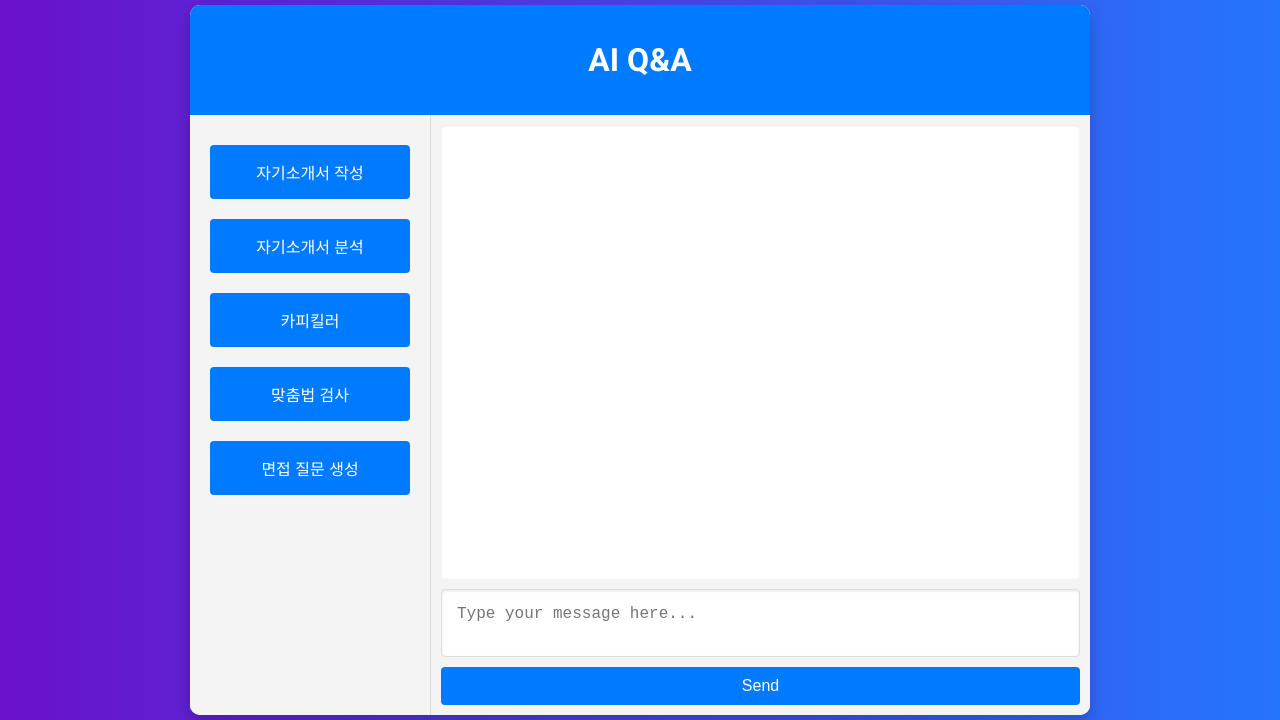
Repository: Choi9912/Flask_IntroduceGPT
Page: http://localhost/
These files come from the project's save history. The page is drawn as it stood at one moment and after the next save; the edit follows.
The browser window is 1280 px wide. The pictures show the whole page.
The page is served by the project's application, run on Flask 3 (app.py).

Above is the page before, as saved 2024-07-30 18:55:29.

### templates/index.html
<!doctype html>
<html lang="en">
<head>
    <meta charset="UTF-8">
    <title>AI Q&A</title>
    <link rel="stylesheet" href="{{ url_for('static', filename='style.css') }}">
    <link href="https://fonts.googleapis.com/css2?family=Roboto:wght@400;500;700&display=swap" rel="stylesheet">
    <meta name="viewport" content="width=device-width, initial-scale=1.0">
</head>
<body>
    <div class="app-container">
        <div class="header">
            <h1>AI Q&A</h1>
        </div>
        <div class="main-content">
            <div class="sidebar">
                <button class="sidebar-btn" id="sendBtn">자기소개서 작성</button>
                <button class="sidebar-btn" id="analyzeBtn">자기소개서 분석</button>
                <button class="sidebar-btn" id="plagiarismBtn">카피킬러</button>
                <button class="sidebar-btn" id="spellCheckBtn">맞춤법 검사</button>
                <button class="sidebar-btn" id="interviewQuestionsBtn">면접 질문 생성</button>
            </div>
            <div class="chat-container">
                <div id="chat-box"></div>
                <textarea id="inputArea" placeholder="Type your message here..." spellcheck="false"></textarea>
                <button class="submit-btn" id="actionBtn">Send</button>
            </div>
        </div>
    </div>
    <script src="{{ url_for('static', filename='script.js') }}"></script>
</body>
</html>

### app.py
from flask import Flask, request, jsonify, render_template
import requests
import logging
import os

from dotenv import load_dotenv

load_dotenv()
API_URL = os.getenv('API_URL')
# Configure logging
logging.basicConfig(level=logging.DEBUG)

app = Flask(__name__)

class SelfIntroductionAnalyzer:
    def __init__(self, api_url):
        self.api_url = api_url

    def analyze(self, introduction, method):
        if method == 'iterative_refinement':
            return self.iterative_refinement(introduction)
        elif method == 'step_by_step':
            return self.step_by_step(introduction)
        elif method == 'few_shot':
            return self.few_shot(introduction)
        elif method == 'constraint_setting':
            return self.constraint_setting(introduction)
        else:
            return 'Error: Invalid method'

    def iterative_refinement(self, introduction):
        return self.send_request(self.create_messages(introduction))

    def step_by_step(self, introduction):
        steps = [
            "단계 1: 자기소개서를 분석합니다.",
            "단계 2: 주요 포인트와 주제를 식별합니다.",
            "단계 3: 구조와 일관성을 평가합니다."
        ]
        messages = self.create_messages(introduction, " ".join(steps))
        return self.send_request(messages)

    def few_shot(self, introduction):
        examples = [
            {"role": "user", "content": "자기소개서의 강점을 분석해주세요.", "role": "assistant", "content": "자기소개서의 강점은 명확한 목표 설정과 구체적인 경험 사례입니다."},
            {"role": "user", "content": "자기소개서에서 개선할 점을 알려주세요.", "role": "assistant", "content": "자기소개서의 개선할 점은 내용의 일관성과 논리적 흐름입니다."}
        ]
        messages = self.create_messages(introduction, examples=examples)
        return self.send_request(messages)

    def constraint_setting(self, introduction):
        constraints = "최대한 자세하게 알려주세요."
        messages = self.create_messages(introduction, constraints)
        return self.send_request(messages)

    def create_messages(self, introduction, additional_content="", examples=None):
        messages = [
            {"role": "system", "content": "당신은 자기소개서를 분석하는 AI입니다."},
            {"role": "user", "content": f"다음 자기소개서를 분석해주세요: {introduction} {additional_content}"}
        ]
        if examples:
            messages = [{"role": ex["role"], "content": ex["content"]} for ex in examples] + messages
        return messages

    def send_request(self, messages):
        try:
            response = requests.post(self.api_url, json=messages)
            response.raise_for_status()
            return response.json().get('choices')[0]['message']['content']

        except requests.RequestException as e:
            logging.error(f"Error in SelfIntroductionAnalyzer: {e}")
            return 'Error: Unable to get a response from the API'


class SelfIntroductionWriter:
    def __init__(self, api_url):
        self.api_url = api_url

    def write(self, prompt, method):
        if method == 'iterative_refinement':
            return self.iterative_refinement(prompt)
        elif method == 'step_by_step':
            return self.step_by_step(prompt)
        elif method == 'few_shot':
            return self.few_shot(prompt)
        elif method == 'constraint_setting':
            return self.constraint_setting(prompt)
        else:
            return 'Error: Invalid method'

    def iterative_refinement(self, prompt):
        return self.send_request(self.create_messages(prompt))

    def step_by_step(self, prompt):
        steps = [
            "단계 1. 소제목을 넣자: 자기소개서에 소제목을 추가합니다.",
            "단계 2. 두괄식으로 작성하자: 결론부터 말하고 자세한 내용을 덧붙입니다.",
            "단계 3. 문장을 간결하게, 문단을 나눠서 쓰자: 간결하고 명확한 문장을 사용하고, 적절한 문단 나누기로 가독성을 높입니다."
   ]
        messages = self.create_messages(prompt, " ".join(steps))
        return self.send_request(messages)

    def few_shot(self, prompt):
        examples = [
            {
                "role": "user",
                "content": "자기소개서를 작성해주세요.",
                "role": "assistant",
                "content": (
                    "① 경력 소개: 저는 열정적이고 성실한 사람입니다. "
                    "② 성장 과정: 다양한 경험을 통해 성장했습니다. "
                    "③ 결론: 저의 협력과 도전정신을 바탕으로 회사에 기여하고 싶습니다."
                )
            },
            {
                "role": "user",
                "content": "자기소개서의 핵심을 작성해주세요.",
                "role": "assistant",
                "content": (
                    "- 소개: 저는 협력과 도전정신을 중요시합니다. "
                    "- 경험: 항상 새로운 것을 배우고자 합니다. "
                    "- 목표: 이러한 태도로 귀사에 큰 기여를 하고 싶습니다."
                )
            }
        ]
        messages = self.create_messages(prompt, examples=examples)
        return self.send_request(messages)

    def constraint_setting(self, prompt):
        constraints = "소제목을 포함하고, 두괄식으로 작성하며, 문장을 간결하게 쓰고, 문단을 나누어 주세요."
        messages = self.create_messages(prompt, constraints)
        return self.send_request(messages)

    def create_messages(self, prompt, additional_content="", examples=None):
        messages = [
            {"role": "system", "content": "당신은 자기소개서를 작성하는 AI입니다."},
            {"role": "user", "content": f"다음 프롬프트로 자기소개서를 작성해주세요: {prompt} {additional_content}"}
        ]
        if examples:
            messages = [{"role": ex["role"], "content": ex["content"]} for ex in examples] + messages
        return messages

    def send_request(self, messages):
        try:
            response = requests.post(self.api_url, json=messages)
            response.raise_for_status()
            return response.json().get('choices')[0]['message']['content']

        except requests.RequestException as e:
            logging.error(f"Error in SelfIntroductionWriter: {e}")
            return 'Error: Unable to get a response from the API'



class PlagiarismDetector:
    def __init__(self, api_url):
        self.api_url = api_url

    def check_plagiarism(self, text, method):
        if method == 'iterative_refinement':
            return self.iterative_refinement(text)
        elif method == 'step_by_step':
            return self.step_by_step(text)
        elif method == 'few_shot':
            return self.few_shot(text)
        elif method == 'constraint_setting':
            return self.constraint_setting(text)
        else:
            return 'Error: Invalid method'

    def iterative_refinement(self, text):
        return self.send_request(self.create_messages(text))

    def step_by_step(self, text):
        steps = [
            "단계 1: 텍스트를 분석합니다.",
            "단계 2: 주요 포인트와 주제를 식별합니다.",
            "단계 3: 문장 구조와 단어 선택을 평가합니다.",
            "단계 4: 아이디어의 독창성을 평가합니다.",
            "단계 5: 다른 출처와의 유사성을 평가합니다."
        ]
        messages = self.create_messages(text, " ".join(steps))
        return self.send_request(messages)

    def few_shot(self, text):
        examples = [
            {"role": "user", "content": "다음 텍스트의 표절 여부를 검사해주세요.", "role": "assistant", "content": "이 텍스트는 다음 알려진 텍스트와 유사합니다: [알려진 텍스트]."},
            {"role": "user", "content": "이 텍스트는 표절인가요?", "role": "assistant", "content": "이 텍스트는 [알려진 텍스트]와 유사하므로 표절로 간주됩니다."}
        ]
        messages = self.create_messages(text, examples=examples)
        return self.send_request(messages)

    def constraint_setting(self, text):
        constraints = "텍스트의 모든 부분을 꼼꼼히 검사하고, 문장 구조, 단어 선택, 아이디어의 독창성을 고려하여 다른 출처와의 유사성을 평가해주세요."
        messages = self.create_messages(text, constraints)
        return self.send_request(messages)

    def create_messages(self, text, additional_content="", examples=None):
        messages = [
            {"role": "system", "content": "당신은 텍스트를 분석하여 표절 여부를 판단하는 AI입니다."},
            {"role": "user", "content": f"다음 텍스트의 표절 여부를 검사해주세요: {text} {additional_content}"}
        ]
        if examples:
            messages = [{"role": ex["role"], "content": ex["content"]} for ex in examples] + messages
        return messages

    def send_request(self, messages):
        try:
            response = requests.post(self.api_url, json=messages)
            response.raise_for_status()
            return response.json().get('choices')[0]['message']['content']

        except requests.RequestException as e:
            logging.error(f"Error in PlagiarismDetector: {e}")
            return 'Error: Unable to get a response from the API'



class SpellChecker:
    def __init__(self, api_url):
        self.api_url = api_url

    def check(self, text, method):
        if method == 'iterative_refinement':
            return self.iterative_refinement(text)
        elif method == 'step_by_step':
            return self.step_by_step(text)
        elif method == 'few_shot':
            return self.few_shot(text)
        elif method == 'constraint_setting':
            return self.constraint_setting(text)
        else:
            return 'Error: Invalid method'

    def iterative_refinement(self, text):
        return self.send_request(self.create_messages(text))

    def step_by_step(self, text):
        steps = [
            "단계 1: 텍스트를 분석합니다.",
            "단계 2: 철자 오류를 식별합니다.",
            "단계 3: 문법 오류를 식별합니다.",
            "단계 4: 문장 구조를 평가합니다.",
            "단계 5: 전체 텍스트의 일관성을 평가합니다."
        ]
        messages = self.create_messages(text, " ".join(steps))
        return self.send_request(messages)

    def few_shot(self, text):
        examples = [
            {"role": "user", "content": "다음 텍스트의 맞춤법을 검사해주세요.", "role": "assistant", "content": "이 텍스트에는 다음과 같은 철자 오류가 있습니다: [오류 예시]."},
            {"role": "user", "content": "이 텍스트의 문법 오류를 수정해주세요.", "role": "assistant", "content": "이 텍스트에는 다음과 같은 문법 오류가 있습니다: [오류 예시]."}
        ]
        messages = self.create_messages(text, examples=examples)
        return self.send_request(messages)

    def constraint_setting(self, text):
        constraints = "텍스트의 철자와 문법을 철저히 검사하고, 문장 구조와 일관성을 고려하여 전체 텍스트를 평가해주세요."
        messages = self.create_messages(text, constraints)
        return self.send_request(messages)

    def create_messages(self, text):
        return [
            {"role": "system", "content": "당신은 맞춤법 검사 AI입니다."},
            {"role": "user", "content": f"다음 글의 맞춤법을 확인해주세요: {text}"}
        ]

    def send_request(self, messages):
        try:
            response = requests.post(self.api_url, json=messages)
            response.raise_for_status()
            return response.json().get('choices')[0]['message']['content']
        except requests.RequestException as e:
            logging.error(f"Error in SpellChecker: {e}")
            return 'Error: Unable to get a response from the API'
class InterviewQuestionGenerator:
    def __init__(self, api_url):
        self.api_url = api_url

    def generate_questions(self, job_description, method):
        if method == 'iterative_refinement':
            return self.iterative_refinement(job_description)
        elif method == 'step_by_step':
            return self.step_by_step(job_description)
        elif method == 'few_shot':
            return self.few_shot(job_description)
        elif method == 'constraint_setting':
            return self.constraint_setting(job_description)
        else:
            return 'Error: Invalid method'

    def iterative_refinement(self, job_description):
        return self.send_request(self.create_messages(job_description))

    def step_by_step(self, job_description):
        steps = [
            "단계 1: 채용정보를 분석합니다.",
            "단계 2: 주요 요구사항과 필수 스킬을 식별합니다.",
            "단계 3: 이에 맞는 면접 질문을 생성합니다."
        ]
        messages = self.create_messages(job_description, " ".join(steps))
        return self.send_request(messages)

    def few_shot(self, job_description):
        examples = [
            {"role": "user", "content": "다음 채용정보에 맞는 면접 질문을 생성해주세요.", "role": "assistant", "content": "채용정보에 따르면 주요 요구사항은 [요구사항]입니다. 이에 대한 질문으로는 [질문 예시]가 있습니다."}
        ]
        messages = self.create_messages(job_description, examples=examples)
        return self.send_request(messages)

    def constraint_setting(self, job_description):
        constraints = "채용정보에 명시된 요구사항과 필수 스킬을 기반으로 면접 질문을 생성해주세요."
        messages = self.create_messages(job_description, constraints)
        return self.send_request(messages)

    def create_messages(self, job_description, additional_content="", examples=None):
        messages = [
            {"role": "system", "content": "당신은 채용정보를 분석하여 면접 질문을 생성하는 AI입니다."},
            {"role": "user", "content": f"다음 채용정보를 바탕으로 면접 질문을 생성해주세요: {job_description} {additional_content}"}
        ]
        if examples:
            messages = [{"role": ex["role"], "content": ex["content"]} for ex in examples] + messages
        return messages

    def send_request(self, messages):
        try:
            response = requests.post(self.api_url, json=messages)
            response.raise_for_status()
            return response.json().get('choices')[0]['message']['content']
        except requests.RequestException as e:
            logging.error(f"Error in InterviewQuestionGenerator: {e}")
            return 'Error: Unable to get a response from the API'

class PromptOptimizerApp:
    # 기존 코드 유지
    def __init__(self, analyzer, writer, plagiarism_detector, spell_checker, interview_question_generator):
        self.app = Flask(__name__)
        self.analyzer = analyzer
        self.writer = writer
        self.plagiarism_detector = plagiarism_detector
        self.spell_checker = spell_checker
        self.interview_question_generator = interview_question_generator
        self.setup_routes()

    # 기존 setup_routes 메소드 유지
    def setup_routes(self):
        self.app.add_url_rule('/', 'index', self.index)
        self.app.add_url_rule('/generate', 'generate', self.generate, methods=['POST'])
        self.app.add_url_rule('/analyze', 'analyze', self.analyze_route, methods=['POST'])
        self.app.add_url_rule('/write', 'write', self.write_route, methods=['POST'])
        self.app.add_url_rule('/plagiarism_check', 'plagiarism_check', self.plagiarism_check_route, methods=['POST'])
        self.app.add_url_rule('/spell_check', 'spell_check', self.spell_check_route, methods=['POST'])
        self.app.add_url_rule('/generate_interview_questions', 'generate_interview_questions', self.generate_interview_questions, methods=['POST'])

    # 새로운 라우트 메소드 추가
    def generate_interview_questions(self):
        data = request.get_json()
        job_description = data.get('job_description')
        method = data.get('method', 'iterative_refinement')  # Default to 'iterative_refinement'
        logging.debug(f"Received job description: {job_description} with method: {method}")
        questions = self.interview_question_generator.generate_questions(job_description, method)
        return jsonify({'questions': questions})

    # 기존 메소드 유지
    def index(self):
        return render_template('index.html')

    def generate(self):
        data = request.get_json()
        question = data.get('question')
        logging.debug(f"Received question: {question}")
        answer = self.writer.iterative_refinement(question)
        return jsonify({'answer': answer})

    def analyze_route(self):
        data = request.get_json()
        introduction = data.get('introduction')
        method = data.get('method', 'iterative_refinement')
        logging.debug(f"Received introduction: {introduction} with method: {method}")
        analysis = self.analyzer.analyze(introduction, method)
        return jsonify({'analysis': analysis})

    def write_route(self):
        data = request.get_json()
        prompt = data.get('prompt')
        method = data.get('method', 'iterative_refinement')
        logging.debug(f"Received prompt: {prompt} with method: {method}")
        writing = self.writer.write(prompt, method)
        return jsonify({'writing': writing})

    def plagiarism_check_route(self):
        data = request.get_json()
        text = data.get('text')
        method = data.get('method', 'iterative_refinement')
        logging.debug(f"Received text for plagiarism check: {text} with method: {method}")
        report = self.plagiarism_detector.check_plagiarism(text, method)
        return jsonify({'plagiarism_report': report})

    def spell_check_route(self):
        data = request.get_json()
        text = data.get('text')
        method = data.get('method', 'iterative_refinement')
        logging.debug(f"Received text for spell check: {text} with method: {method}")
        report = self.spell_checker.check(text, method)
        return jsonify({'spell_check_report': report})

    def generate_interview_questions(self):
        data = request.get_json()
        job_description = data.get('job_description')
        method = data.get('method', 'iterative_refinement')  # Default to 'iterative_refinement'
        logging.debug(f"Received job description: {job_description} with method: {method}")
        questions = self.interview_question_generator.generate_questions(job_description, method)
        return jsonify({'questions': questions})
    def run(self):
        self.app.run(debug=True)

if __name__ == '__main__':
    analyzer = SelfIntroductionAnalyzer(API_URL)
    writer = SelfIntroductionWriter(API_URL)
    plagiarism_detector = PlagiarismDetector(API_URL)
    spell_checker = SpellChecker(API_URL)
    interview_question_generator = InterviewQuestionGenerator(API_URL)
    app_instance = PromptOptimizerApp(analyzer, writer, plagiarism_detector, spell_checker, interview_question_generator)
    app_instance.run()

### static/style.css
body {
    margin: 0;
    font-family: 'Roboto', sans-serif;
    background: linear-gradient(to right, #6a11cb, #2575fc);
    display: flex;
    justify-content: center;
    align-items: center;
    min-height: 100vh;
}

.app-container {
    display: flex;
    flex-direction: column;
    width: 100%;
    max-width: 900px;
    border-radius: 10px;
    box-shadow: 0 8px 16px rgba(0, 0, 0, 0.2);
    background-color: #ffffff;
    overflow: hidden;
    animation: fadeIn 1s ease-in-out;
}

.header {
    background-color: #007bff;
    color: #ffffff;
    text-align: center;
    padding: 15px;
}

.main-content {
    display: flex;
    height: calc(100vh - 120px); /* Adjust height based on header size */
}

.sidebar {
    display: flex;
    flex-direction: column;
    padding: 20px;
    background-color: #f4f4f4;
    border-right: 1px solid #ddd;
    animation: slideIn 0.5s ease-in-out;
    width: 200px;
}

.sidebar-btn {
    padding: 15px;
    margin: 10px 0;
    border: none;
    border-radius: 4px;
    background-color: #007bff;
    color: #ffffff;
    cursor: pointer;
    font-size: 16px;
    transition: background-color 0.3s, box-shadow 0.3s, transform 0.3s;
}

.sidebar-btn:hover {
    background-color: #0056b3;
    box-shadow: 0 4px 8px rgba(0, 0, 0, 0.1);
    transform: translateY(-2px);
}

.chat-container {
    display: flex;
    flex-direction: column;
    flex: 1;
    padding: 10px;
    background-color: #f4f4f4;
}

#chat-box {
    flex: 1;
    padding: 10px;
    overflow-y: auto;
    border-radius: 4px;
    background-color: #ffffff;
    box-shadow: inset 0 1px 3px rgba(0, 0, 0, 0.1);
    margin-bottom: 10px;
}

.chat-message {
    margin: 10px 0;
    padding: 10px;
    border-radius: 4px;
    box-shadow: 0 1px 3px rgba(0, 0, 0, 0.1);
}

.chat-message.user {
    background-color: #007bff;
    color: #ffffff;
    align-self: flex-end;
}

.chat-message.bot {
    background-color: #f0f0f0;
    align-self: flex-start;
}

#inputArea {
    padding: 15px;
    font-size: 16px;
    border: 1px solid #ddd;
    border-radius: 4px;
    resize: none;
    box-shadow: inset 0 1px 3px rgba(0, 0, 0, 0.1);
    transition: border-color 0.3s, box-shadow 0.3s;
    margin-bottom: 10px;
}

#inputArea:focus {
    border-color: #007bff;
    box-shadow: 0 0 5px rgba(0, 123, 255, 0.5);
}

.submit-btn {
    padding: 10px;
    cursor: pointer;
    background-color: #007bff;
    color: #fff;
    border: none;
    border-radius: 4px;
    font-size: 16px;
    transition: background-color 0.3s, box-shadow 0.3s, transform 0.3s;
}

.submit-btn:hover {
    background-color: #0056b3;
    box-shadow: 0 4px 8px rgba(0, 0, 0, 0.1);
    transform: translateY(-2px);
}

/* Animations */
@keyframes fadeIn {
    from { opacity: 0; }
    to { opacity: 1; }
}

@keyframes slideIn {
    from { transform: translateX(-100%); }
    to { transform: translateX(0); }
}

Loaded but not shown: static/script.js (145 lines, source omitted)

After the next save:
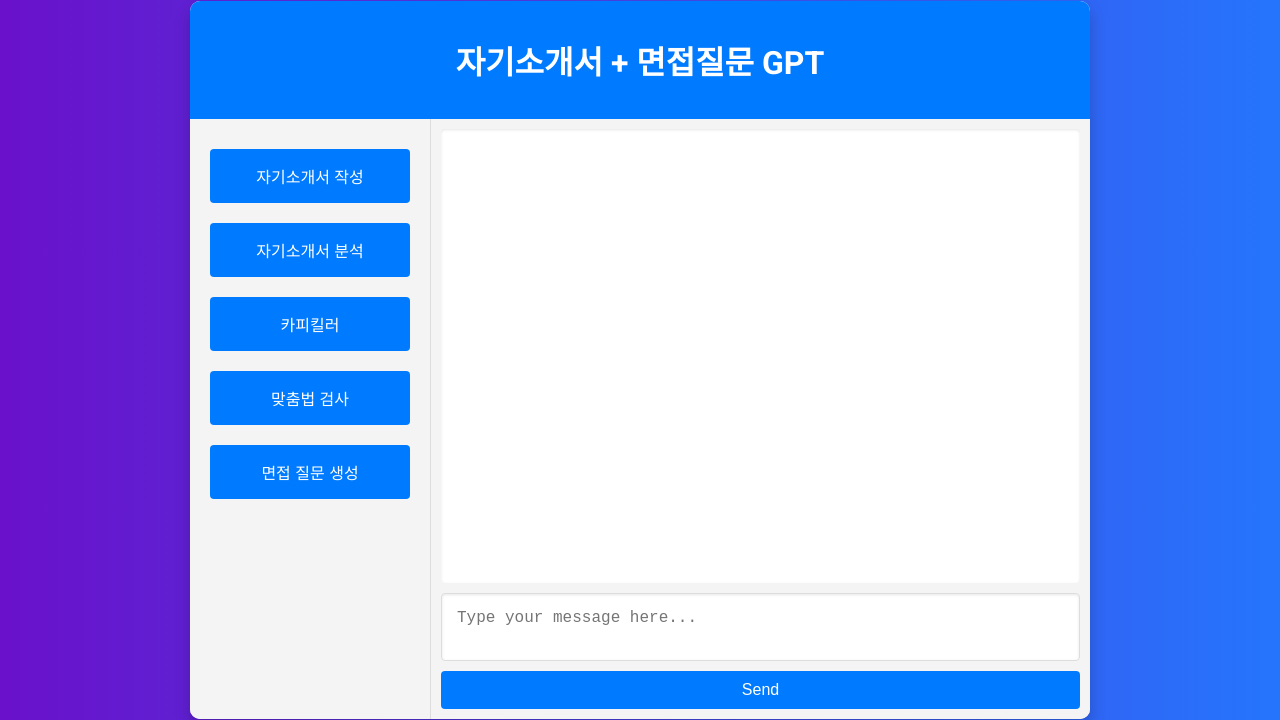
Saved 3 min 14 s later.
--- a/templates/index.html
+++ b/templates/index.html
@@ -2,7 +2,7 @@
 <html lang="en">
 <head>
     <meta charset="UTF-8">
-    <title>AI Q&A</title>
+    <title>자기소개서, 면접</title>
     <link rel="stylesheet" href="{{ url_for('static', filename='style.css') }}">
     <link href="https://fonts.googleapis.com/css2?family=Roboto:wght@400;500;700&display=swap" rel="stylesheet">
     <meta name="viewport" content="width=device-width, initial-scale=1.0">
@@ -10,7 +10,7 @@
 <body>
     <div class="app-container">
         <div class="header">
-            <h1>AI Q&A</h1>
+            <h1>자기소개서 + 면접질문 GPT</h1>
         </div>
         <div class="main-content">
             <div class="sidebar">
